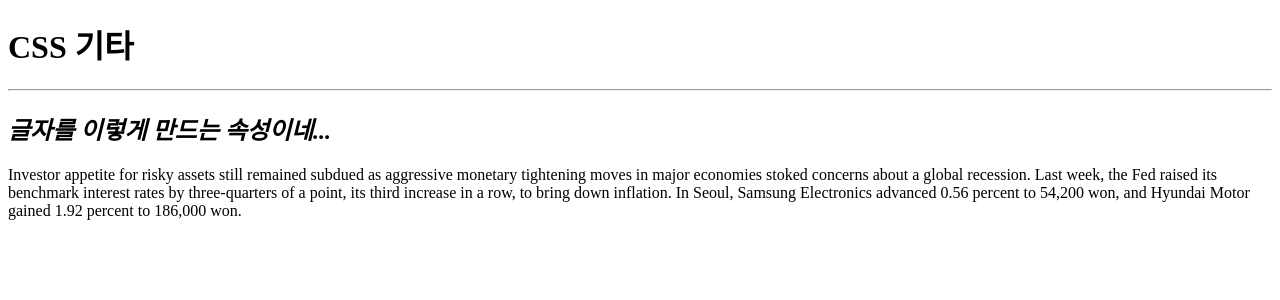
Repository: lolsoyeon/WebStudy
Page: WebApp02/WebContent/Test015.html
The author's editor kept a copy of each file at every save. The page is drawn from the files as they stood at one save, then again after the next save.
The browser window is 1280 px wide. The pictures show the whole page.

Above is the page before, as saved 2022-09-28 03:48:13.

### WebApp02/WebContent/Test015.html
<!DOCTYPE html>
<html>
<head>
<meta charset="UTF-8">
<title>Test015.html</title>

<style type="text/css">
	h2 {font-style: oblique;}
</style>
</head>
<body>

<div>
	<h1>CSS 기타</h1>
	<hr>
</div>

<div>
	<h2>글자를 이렇게 만드는 속성이네...</h2>
	<p>Investor appetite for risky assets still remained subdued as aggressive monetary
	tightening moves in major economies stoked concerns about a global recession.
	Last week, the Fed raised its benchmark interest rates by three-quarters of a point,
	its third increase in a row, to bring down inflation.
	In Seoul, Samsung Electronics advanced 0.56 percent to 54,200 won,
	and Hyundai Motor gained 1.92 percent to 186,000 won.</p>
</div>
</body>
</html>

After the next save:
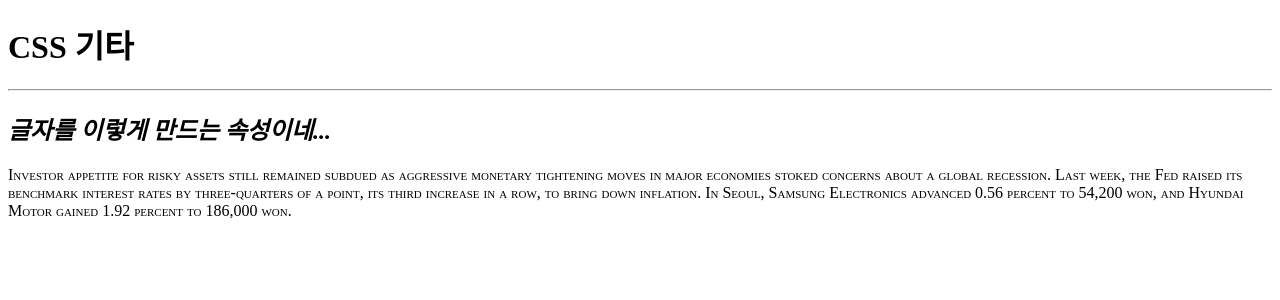
Saved 22 s later.
--- a/WebApp02/WebContent/Test015.html
+++ b/WebApp02/WebContent/Test015.html
@@ -6,6 +6,7 @@
 
 <style type="text/css">
 	h2 {font-style: oblique;}
+	p {font-variant: small-caps;}
 </style>
 </head>
 <body>
